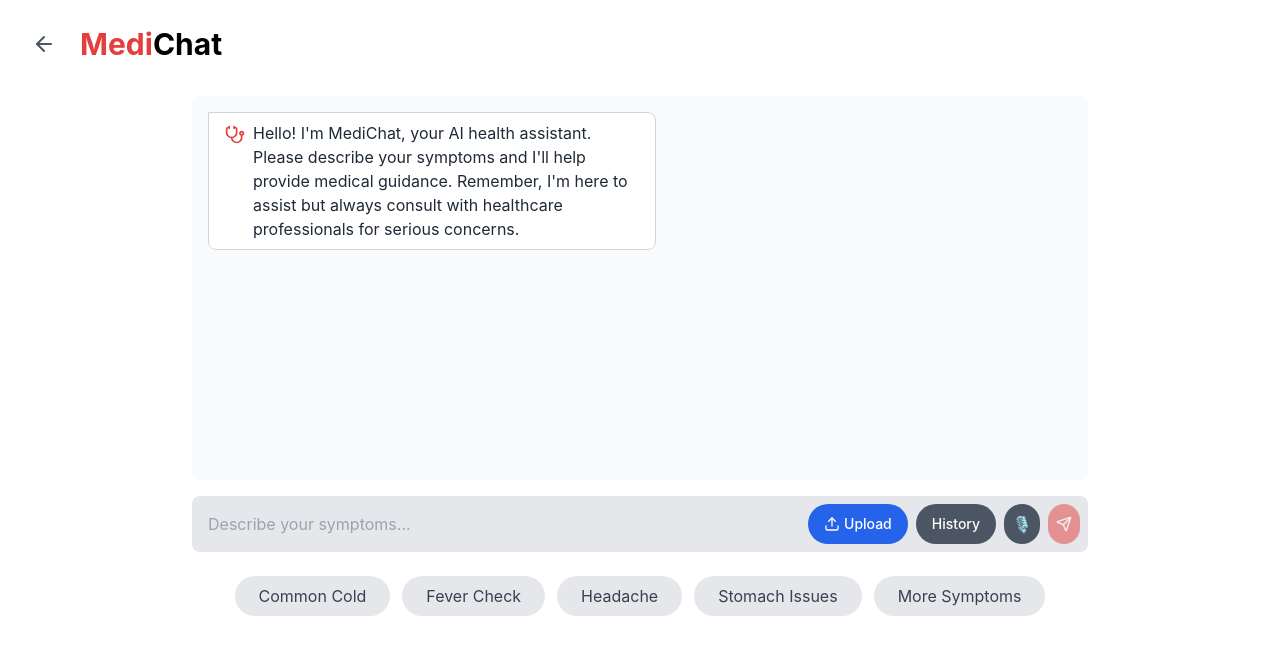
Repository: KarthikBalaji-007/telemedicine-frontend
Page: /chat (app in frontend_backup/medichat-frontend/)
These files come from the project's save history. The page is drawn as it stood at one moment and after the next save; the edit follows.
The browser window is 1280 px wide. The pictures show the whole page.
The project was rebuilt for these pictures with package versions that can differ from the ones it lists, and the page was loaded fresh each time. Also part of the build but not shown: frontend_backup/medichat-frontend/src/components/HomePage.jsx, frontend_backup/medichat-frontend/src/components/DiagnosisResult.jsx, frontend_backup/medichat-frontend/src/components/History.jsx, frontend_backup/medichat-frontend/src/components/VoiceToggle.jsx, frontend_backup/medichat-frontend/src/components/NeedDoctor.jsx.

Above is the page before, as saved 2025-08-14 01:20:45.

After the next save:
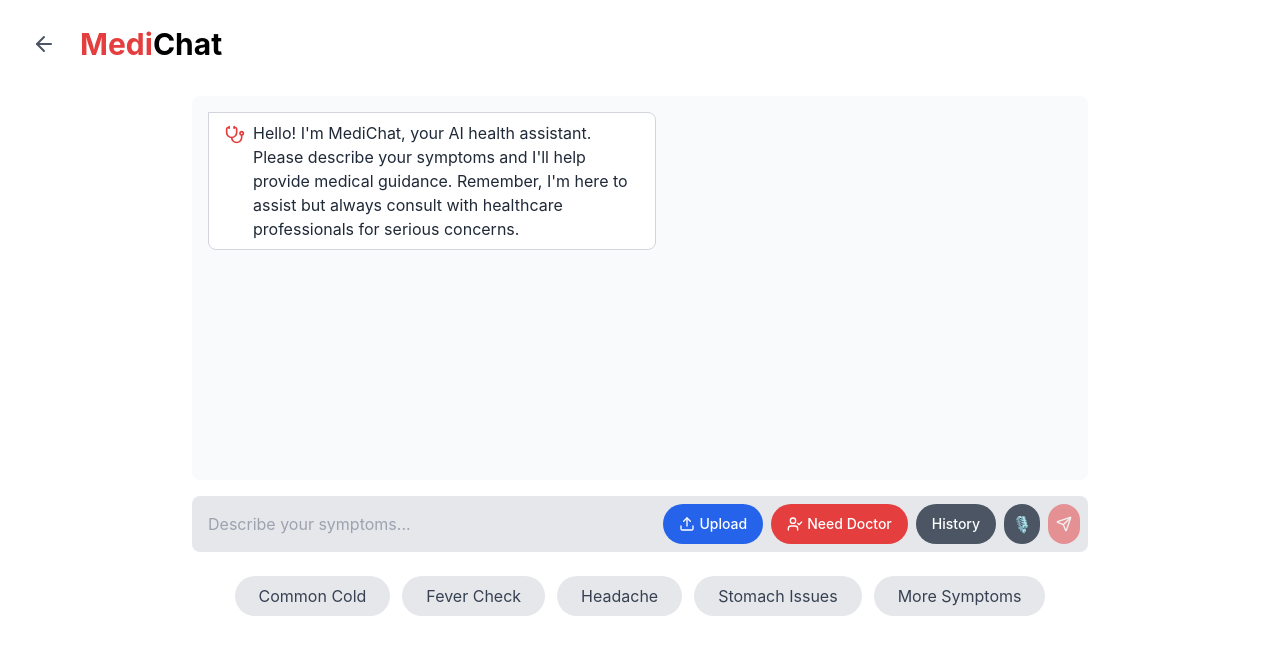
Saved 11 min 24 s later.
--- a/frontend_backup/medichat-frontend/src/components/ChatInterface.jsx
+++ b/frontend_backup/medichat-frontend/src/components/ChatInterface.jsx
@@ -1,6 +1,6 @@
 import React, { useState, useEffect, useRef } from 'react';
 import { useNavigate, useLocation } from 'react-router-dom';
-import { Stethoscope, Mic, Activity, Send, Upload, ArrowLeft } from 'lucide-react';
+import { Stethoscope, Mic, Activity, Send, Upload, ArrowLeft, UserCheck } from 'lucide-react';
 
 const ChatInterface = () => {
   const navigate = useNavigate();
@@ -250,7 +250,7 @@ const ChatInterface = () => {
               onChange={(e) => setInputText(e.target.value)}
               placeholder="Describe your symptoms..."
               disabled={isLoading}
-              className="w-full p-4 bg-gray-200 rounded-lg pr-48 focus:outline-none focus:ring-2 focus:ring-medical-red disabled:opacity-50"
+              className="w-full p-4 bg-gray-200 rounded-lg pr-64 focus:outline-none focus:ring-2 focus:ring-medical-red disabled:opacity-50"
             />
             <div className="absolute right-2 top-1/2 transform -translate-y-1/2 flex space-x-2">
               {/* Upload Button */}
@@ -265,6 +265,16 @@ const ChatInterface = () => {
                 />
               </label>
 
+              {/* Need Doctor Button - ADDED HERE IN RED */}
+              <button
+                type="button"
+                onClick={() => navigate('/need-doctor')}
+                className="bg-medical-red text-white px-4 py-2 rounded-full text-sm font-medium hover:bg-red-600 transition-colors flex items-center"
+              >
+                <UserCheck className="w-4 h-4 mr-1" />
+                Need Doctor
+              </button>
+
               <button
                 type="button"
                 onClick={() => navigate('/history')}
@@ -273,11 +283,11 @@ const ChatInterface = () => {
                 History
               </button>
               <button
-  onClick={() => navigate('/voice')}
-  className="bg-gray-600 text-white p-2 rounded-full"
->
-  🎙️
-</button>
+                onClick={() => navigate('/voice')}
+                className="bg-gray-600 text-white p-2 rounded-full"
+              >
+                🎙️
+              </button>
               <button
                 type="submit"
                 disabled={!inputText.trim() || isLoading}
